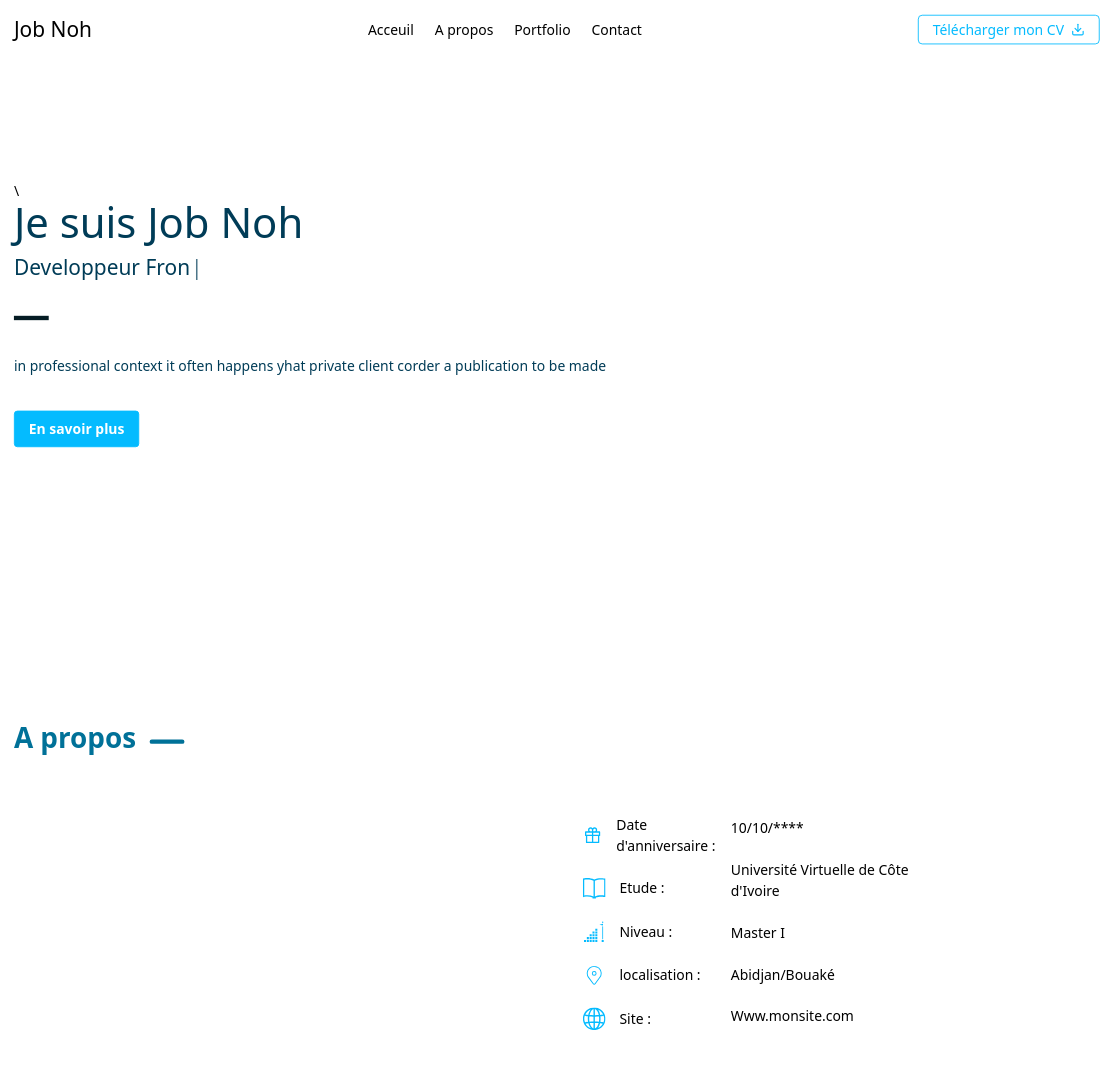
Repository: anoy1010/Nextportfolio
Page: /
These files come from the project's save history. The page is drawn as it stood at one moment and after the next save; the edit follows.
The browser window is 1280 px wide. The pictures show the whole page, at 87% of full size.
Backgrounds fixed to the window are drawn as part of the page. The project was rebuilt for these pictures with package versions that can differ from the ones it lists, and the page was loaded fresh each time. The framework's server and built-in components were replaced by stand-ins that run in the browser. Also part of the build but not shown: next.config.js, styles/Home.module.css.

Above is the page before, as saved 2023-03-06 17:53:57.

### pages/index.js
import Head from 'next/head'
import Image from 'next/image'
import { Inter } from '@next/font/google'
import styles from '../styles/Home.module.css'
import Navbar from '../components/Navbar'
import Hero from '../components/Hero'
import About from '../components/About'
const inter = Inter({ subsets: ['latin'] })

export default function Home() {
  return (
    <>
      <Head>
        <title>Portfolio | Noh Job</title>
        <meta name="description" content="Generated by create next app" />
        <meta name="viewport" content="width=device-width, initial-scale=1" />
        <link rel="icon" href="/favicon.ico" />
      </Head>

      <header>
        < Navbar />
      </header>

      <main>
        <Hero />
        <About/>
      </main>

    </>
  )
}

### styles/globals.css
@tailwind base;
@tailwind components;
@tailwind utilities;

@layer components {
  .btn{
    @apply bg-[#04bbff] text-white py-2 px-4 rounded inline-block mt-10 font-bold border border-[#04bbff] hover:bg-transparent hover:text-[#04bbff] transition duration-200
  }
}

### components/Navbar.js
import Link from 'next/link'
import React from 'react'
import {FiDownload} from 'react-icons/fi'
import {RiMenu5Line} from 'react-icons/ri'

const Navbar = () => {
  return (
    <div className='bg-white fixed top-0 w-[100%] z-10 '>
        <div className='container mx-auto flex justify-between items-center py-4 px-4'>
            <div className='text-[24px]'>Job Noh</div>

            <div className='hidden md:flex gap-6'>

                <Link href='/Acceuil' className='hover:text-[#04bbff]'>
                    Acceuil
                </Link>
                <Link href='/A propos' className='hover:text-[#04bbff]' >
                    A propos
                </Link>
                <Link href='/Portfolio' className='hover:text-[#04bbff]'>
                    Portfolio
                </Link>
                <Link href='/Contact' className='hover:text-[#04bbff]'>
                    Contact
                </Link>



            </div>

            <a href='#' className='hidden  md:flex border border-[#04bbff] px-4 py-1 text-[#04bbff] rounded-[5px] items-center gap-2 hover:bg-[#04bbff] hover:text-white transition duration-200 '>
                Télécharger mon CV
                <FiDownload/>
                </a>

            <div className='md:hidden text-[24px] '>
                <RiMenu5Line/>
            </div>
        </div>
    </div>
  )
}

export default Navbar

### components/Hero.js
import React from 'react'

import Typewriter, { TypewriterClass } from "typewriter-effect"
import Button from '../components/Button'

const Hero = () => {
  return (
    <div className='bg-[url("")] h-screen bg-cover bg-center bg-fixed flex items-center'>
        <div className='container mx-auto px-4'>\
            <div className='max-x-[450px] text-[#003c57] flex flex-col gap-[40px]'>
                <div>
                    <h1 className='text-5xl'>
                        Je suis Job Noh
                    </h1>
                    <h4 className=' text-2xl mt-3'>
                        <Typewriter
                            options = {{
                                strings: [
                                    "Developpeur Front-end",
                                    "Developpeur Back-end",
                                    "Analyste de donnée",
                                    "Chef de projet",
                                    "Graphic designer",
                                    "Developpeur mobile"
                                ],
                                changeDelay:3,
                                changeDeleteSpeed:2,
                                autoStart:true,
                                loop:true,
                            }}
                        />
                    </h4>
                </div>

                <div className='bg-[#051c24] h-[5px] w-[40px] '>
                </div>

                <div>
                    <p>
                    in professional context it often happens yhat private client
                    corder a publication to be made
                    </p>
                    <Button link="#" text="En savoir plus" />
                </div>

            </div>

        </div>
    </div>
  )
}

export default Hero

### components/About.js
import React from 'react'
import Heading from './Heading'


import {AiOutlineGift} from 'react-icons/ai'
import {TfiBook} from 'react-icons/tfi'
import {SlGlobe} from 'react-icons/sl'
import {CiLocationOn} from 'react-icons/ci'
import {GiLevelEndFlag} from 'react-icons/gi'

const About = () => {
  return (
    <section className='container mx-auto py-10 px-4'>

        <Heading title="A propos"/>

        <div className='grid grid-cols-1 md:grid-cols-2 gap-[60px]'>

            <div>
                <img className='w-[400px]' src="/" alt="" />
            </div>
            <div>
                <div className='flex items-center justify-between w-[400px]'>
                    <div className='flex flex-col gap-6'>

                        <div className='flex gap-4 items-center font-medium '>
                            <AiOutlineGift className='text-[#04bbff] text-[26px]' />
                            Date d'anniversaire :
                        </div>
                        <div className='flex gap-4 items-center font-medium '>
                            <TfiBook className='text-[#04bbff] text-[26px]' />
                            Etude :
                        </div>
                        <div className='flex gap-4 items-center font-medium '>
                            <GiLevelEndFlag className='text-[#04bbff] text-[26px]' />
                            Niveau :
                        </div>
                        <div className='flex gap-4 items-center font-medium '>
                            <CiLocationOn className='text-[#04bbff] text-[26px]' />
                            localisation :
                        </div>
                        <div className='flex gap-4 items-center font-medium '>
                            <SlGlobe className='text-[#04bbff] text-[26px]' />
                            Site :
                        </div>

                    </div>



                    <div className='flex flex-col gap-6 text-[#051c24]-600'>
                        <div>10/10/****</div>
                        <div>Université Virtuelle de Côte d'Ivoire</div>
                        <div>Master I</div>
                        <div>Abidjan/Bouaké</div>
                        <div>Www.monsite.com</div>


                    </div>

                </div>
            </div>
        </div>

    </section>
  )
}

export default About

### components/Button.js
import React from 'react'

const Button = ({text, link}) => {
  return (
    <a href={link}className='btn'>{text}</a>
  )
}

export default Button

### components/Heading.js
import React from 'react'

const Heading = ({title}) => {
  return (
    <div className='text-[#007198] text-[32px] font-bold flex items-center gap-4 py-16'>
        {title}
        <div className='bg-[#007198] h-[5px] w-[40px] translate-y-1 rounded'></div>
    </div>
  )
}

export default Heading

Loaded but not shown: pages/_app.js (common file); pages/_document.js (common file); tailwind.config.js (common file)

After the next save:
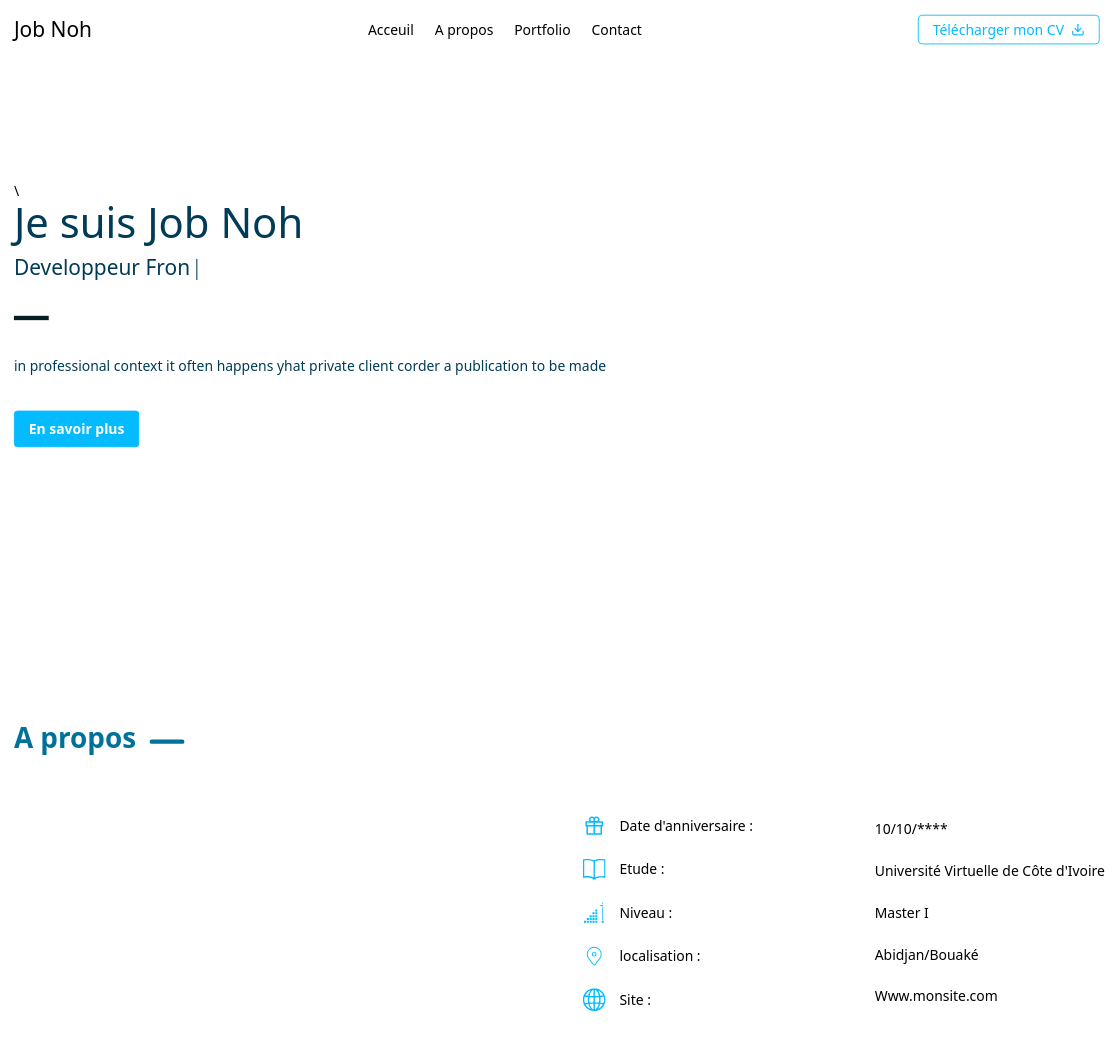
Saved 17 s later.
--- a/components/About.js
+++ b/components/About.js
@@ -20,7 +20,7 @@ const About = () => {
                 <img className='w-[400px]' src="/" alt="" />
             </div>
             <div>
-                <div className='flex items-center justify-between w-[400px]'>
+                <div className='flex items-center justify-between w-[600px]'>
                     <div className='flex flex-col gap-6'>
 
                         <div className='flex gap-4 items-center font-medium '>
